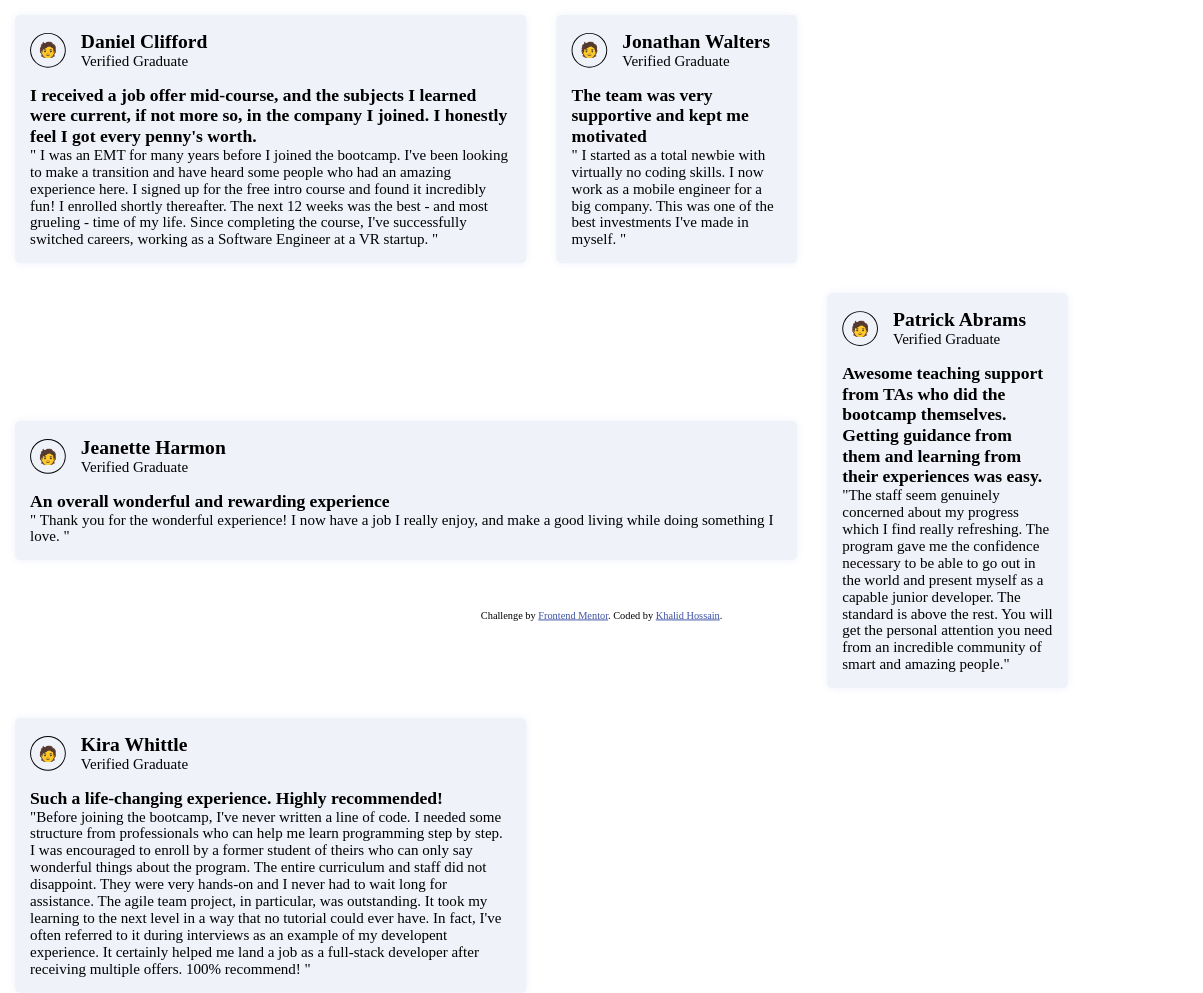
Repository: badhon252/Testimonials-Grid-Section
Page: index.html
The author's editor kept a copy of each file at every save. The page is drawn from the files as they stood at one save, then again after a run of saves.
The browser window is 1280 px wide. The pictures show the whole page, at 94% of full size.

Above is the page before, as saved 2023-02-18 16:07:28.

After the next 2 saves:
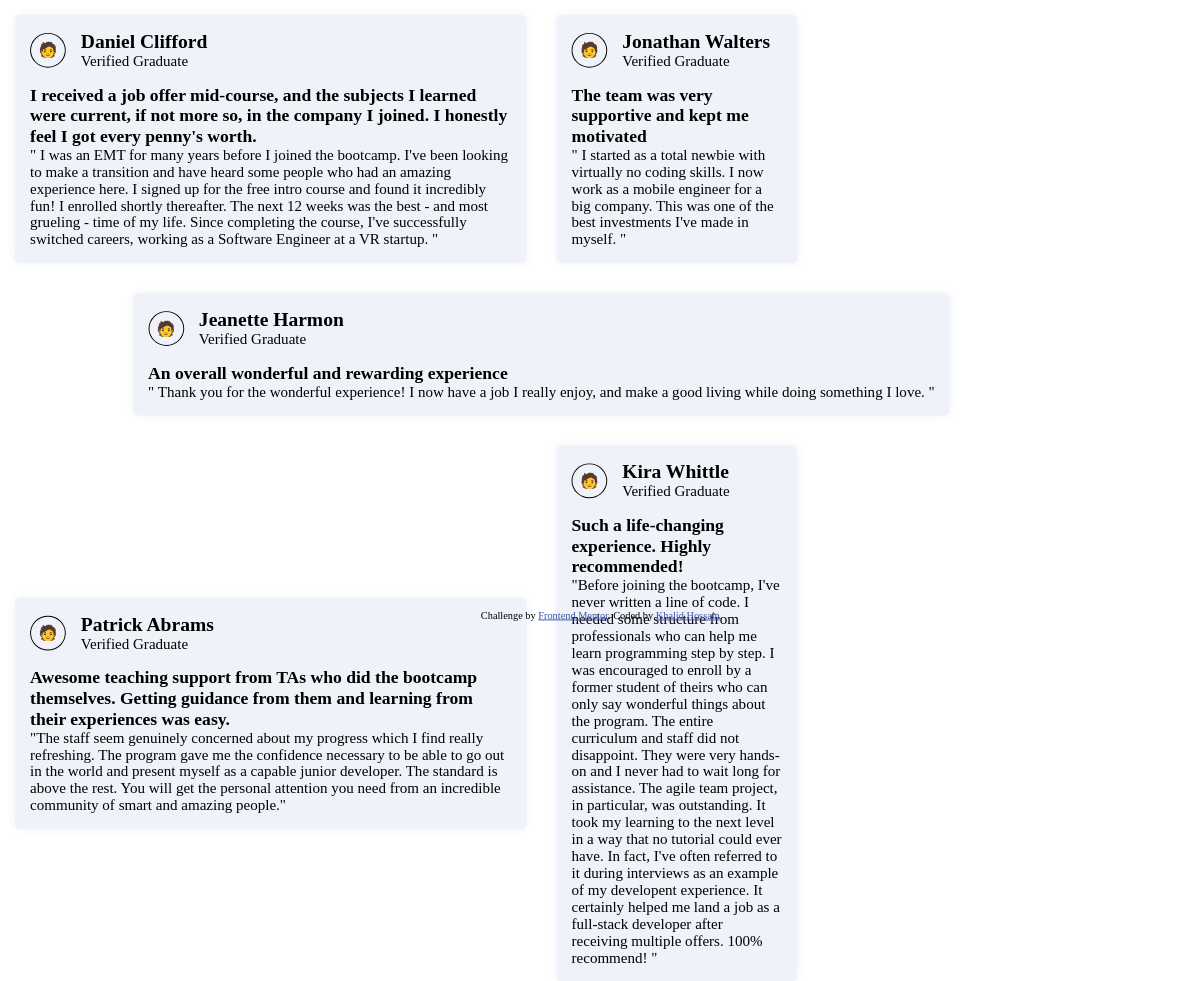
The 2 saves are shown as one change because they came seconds apart.
The last was saved 9 s later.
--- a/css/style.css
+++ b/css/style.css
@@ -56,7 +56,7 @@
     /* grid-area: box1; */
     background-color: hsl(227, 47%, 96%);
     grid-column-start: 1;
-    grid-column-end: 3;
+    grid-column-end: 4;
 }
 
 .box4 {

After the save that followed:
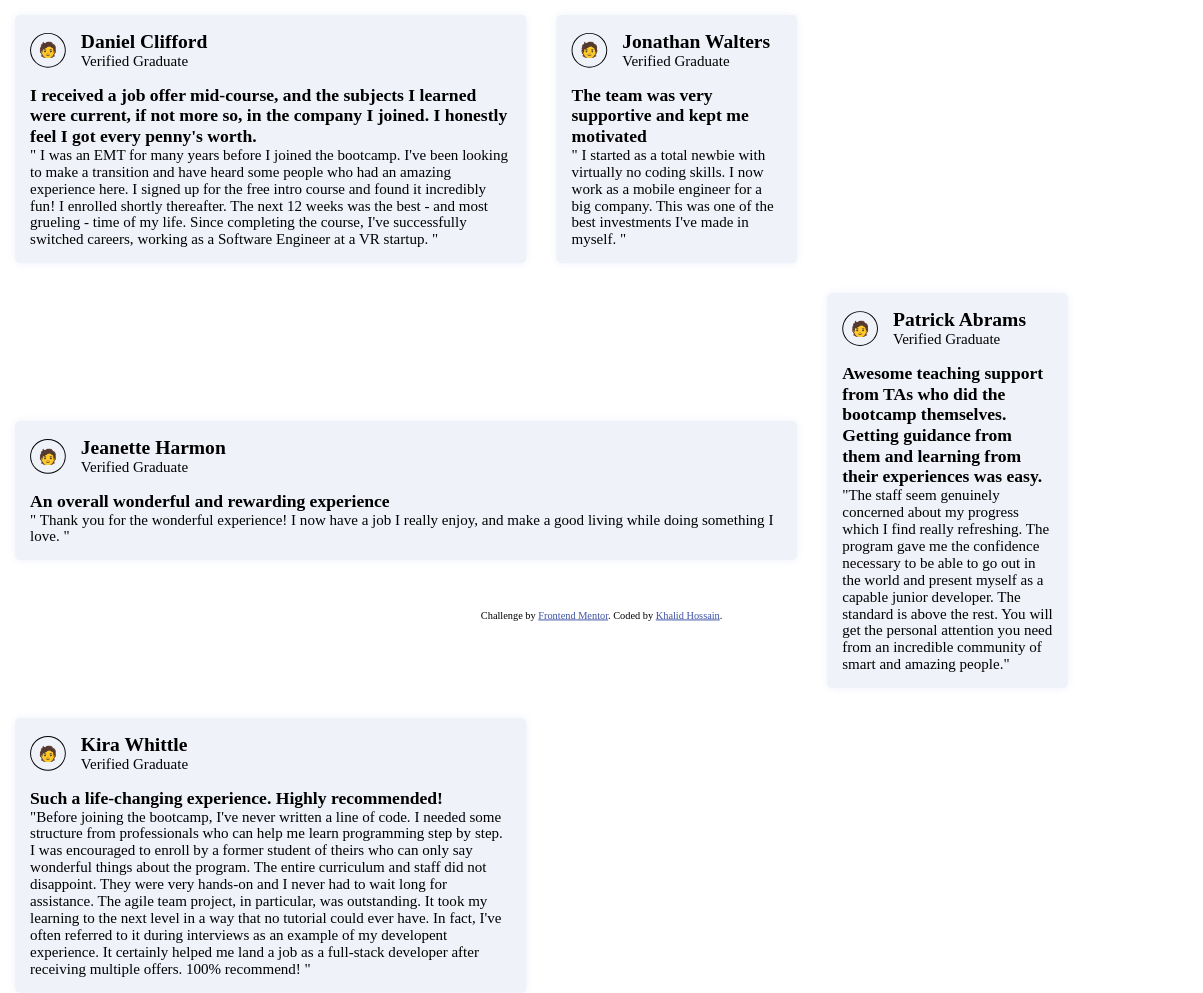
Saved 6 s later.
--- a/css/style.css
+++ b/css/style.css
@@ -56,7 +56,7 @@
     /* grid-area: box1; */
     background-color: hsl(227, 47%, 96%);
     grid-column-start: 1;
-    grid-column-end: 4;
+    grid-column-end: 3;
 }
 
 .box4 {
